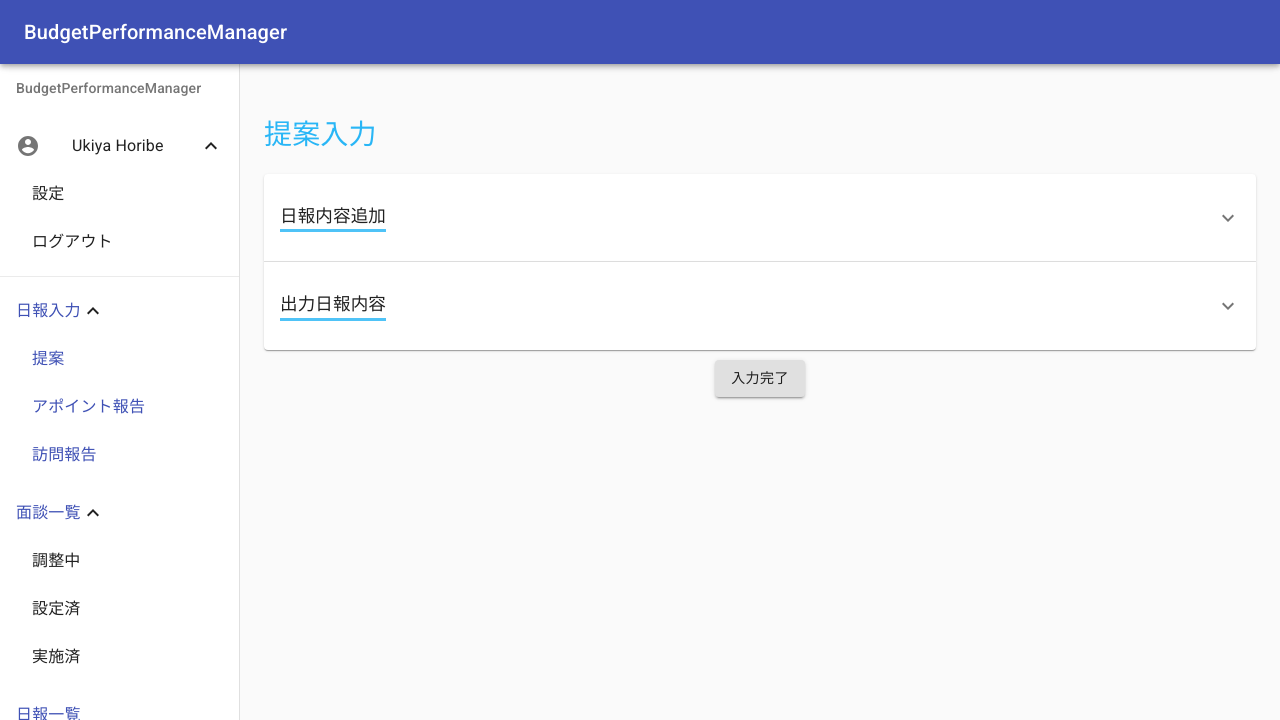
Repository: ukiyah/test
Page: /form_proposal (app in src/)
An editor plug-in stored every save of this project. The page is shown before and after the next save, followed by the edit.
The browser window is 1280 px wide. The pictures show the whole page.
The project was rebuilt for these pictures with package versions that can differ from the ones it lists, and the page was loaded fresh each time. Also part of the build but not shown: src/proposal/Table.js, src/proposal/list_proposal.js, src/Chart.js, src/Deposits.js, src/Orders.js, src/Dashboard.js, src/interview/Avatar.js, src/interview/Table.js and 9 more. Imported but missing from the stored project, and not drawn on this page: src/appointment/form_visit.

Above is the page before, as saved 2020-02-27 10:58:44.

### src/index.css
body {
  margin: 0;
  font-family: -apple-system, BlinkMacSystemFont, 'Segoe UI', 'Roboto', 'Oxygen',
    'Ubuntu', 'Cantarell', 'Fira Sans', 'Droid Sans', 'Helvetica Neue',
    sans-serif;
  -webkit-font-smoothing: antialiased;
  -moz-osx-font-smoothing: grayscale;
}

code {
  font-family: source-code-pro, Menlo, Monaco, Consolas, 'Courier New',
    monospace;
}

.button {
  color: #000;
}

h1 {
  text-align: center;
  color:#29B6F6;
  font-weight: normal;
}

### src/App.js
import React from 'react';
import 'typeface-roboto';
import {
  BrowserRouter,
  Route
} from "react-router-dom";
import list_proposal from "./proposal/list_proposal";
import Dashboard from "./Dashboard";
import list_interview from "./interview/list_interview";
import list_closing from "./closing/list_closing";
import list_appointment from "./appointment/list_appointment";
import list_daily_report from "./daily_report/list_daily_report";
import form_daily_report from "./daily_report/form_daily_report";
import form_proposal from "./proposal/form_proposal";
import form_appointment from "./appointment/form_appointment.jsx";
import form_visit from "./appointment/form_visit";
class App extends React.Component{

  render() {
    return (
      <div>

        <BrowserRouter>
          <div>
            <Route exact path="/" component={Dashboard} />
            <Route path="/list_proposal" component={list_proposal} />
            <Route path="/list_interview" component={list_interview} />
            <Route path="/list_closing" component={list_closing} />
            <Route path="/list_appointment" component={list_appointment} />
            <Route path="/list_daily_report" component={list_daily_report} />
            <Route path="/form_daily_report" component={form_daily_report} />
            <Route path="/form_proposal" component={form_proposal} />
            <Route path="/form_appointment" component={form_appointment} />
            <Route path="/form_visit" component={form_visit} />
         </div>
        </BrowserRouter>
        {/* <ClippedDrawer /> */}
      </div>
    );
  }

}

export default App;

### src/proposal/form_proposal.jsx
import React from 'react';
import clsx from 'clsx';
import { makeStyles } from '@material-ui/core/styles';
import CssBaseline from '@material-ui/core/CssBaseline';


import Container from '@material-ui/core/Container';
import Grid from '@material-ui/core/Grid';
import Drawer from "../Drawer";
import ExpansionPanel from "./ExpansionPanel.jsx";
import Button from "@material-ui/core/Button";



const useStyles = makeStyles(theme => ({
  root: {
    display: 'flex',
  },

  appBarSpacer: theme.mixins.toolbar,
  content: {
    flexGrow: 1,
    height: '100vh',
    overflow: 'auto',
  },
  container: {
    paddingTop: theme.spacing(4),
    paddingBottom: theme.spacing(4),
  },

  fixedHeight: {
    height: 520,
  },
}));

export default function Dashboard() {
  const classes = useStyles();
  return (
    <div className={classes.root}>
      <CssBaseline />
      <Drawer />
      <main className={classes.content}>
        <div className={classes.appBarSpacer} />
        <Container maxWidth="lg" className={classes.container}>
          <Grid container spacing={3}>

            <Grid item xs={12} >
              <span style={{display:"flex"}}>
                <h1>提案入力</h1>
              </span>
              <ExpansionPanel />
              <div style={{marginTop: 10, textAlign: "center"}}>
                <Button variant="contained" >入力完了</Button>
              </div>

            </Grid>

          </Grid>

        </Container>
      </main>
    </div>
  );
}

### src/Drawer.js
import React from 'react';
import { makeStyles } from '@material-ui/core/styles';
import Drawer from '@material-ui/core/Drawer';
import AppBar from '@material-ui/core/AppBar';
import CssBaseline from '@material-ui/core/CssBaseline';
import Toolbar from '@material-ui/core/Toolbar';
import Typography from '@material-ui/core/Typography';
import SimpleTable from "./proposal/Table";
import NestedList from "./NestedList";
const drawerWidth = 240;

const useStyles = makeStyles(theme => ({
  root: {
    display: 'flex',
  },
  appBar: {
    zIndex: theme.zIndex.drawer + 1,
  },
  drawer: {
    width: drawerWidth,
    flexShrink: 0,
  },
  drawerPaper: {
    width: drawerWidth,
  },
  content: {
    flexGrow: 1,
    padding: theme.spacing(3),
  },
  toolbar: theme.mixins.toolbar,
}));

export default function ClippedDrawer() {
  const classes = useStyles();

  return (
    <div className={classes.root}>
      <CssBaseline />
      <AppBar position="fixed" className={classes.appBar}>
        <Toolbar>
          <Typography variant="h6" noWrap>
            BudgetPerformanceManager
          </Typography>
        </Toolbar>
      </AppBar>
      <Drawer
        className={classes.drawer}
        variant="permanent"
        classes={{
          paper: classes.drawerPaper,
        }}
      >
        <div className={classes.toolbar} />
        <NestedList />
      </Drawer>

    </div>
  );
}

### src/proposal/ExpansionPanel.jsx
import React from 'react';
import { makeStyles } from '@material-ui/core/styles';
import ExpansionPanel from '@material-ui/core/ExpansionPanel';
import ExpansionPanelSummary from '@material-ui/core/ExpansionPanelSummary';
import ExpansionPanelDetails from '@material-ui/core/ExpansionPanelDetails';
import Typography from '@material-ui/core/Typography';
import ExpandMoreIcon from '@material-ui/icons/ExpandMore';
import SelectBox from "../SelectBox.jsx";
import TextField from "../TextField";
import Button from "@material-ui/core/Button";
import Switch from "../Switch";
import MultiLineTextField from "../MultiLineTextField";
import RadioButton from "../RadioButton";
import ContainedButtons from "../Button";
const useStyles = makeStyles(theme => ({
  root: {
    width: '100%',
  },
  heading: {
    fontSize: theme.typography.pxToRem(15),
    fontWeight: theme.typography.fontWeightRegular,
  },
  list: {
    marginBottom: 5,
  }
}));

export default function SimpleExpansionPanel() {
  const classes = useStyles();

  return (
    <div className={classes.root}>
      <ExpansionPanel>
        <ExpansionPanelSummary
          expandIcon={<ExpandMoreIcon />}
          aria-controls="panel1a-content"
          id="panel1a-header"
        >
          <Typography className={classes.heading}><h3 style={{ fontWeight: "normal", borderBottom: "solid 3px #4FC3F7" }}>日報内容追加</h3></Typography>
        </ExpansionPanelSummary>
        <ExpansionPanelDetails>
          <Typography >
            <h4 style={{fontWeight:"normal",borderBottom: "solid 1px #4FC3F7"}}>本日のスケジュール</h4>
            <ul>
              <li>10：00 　~　 11 : 00　　週次定例会：</li>
              <li>15：00 　~　 16 : 00　　訪問 ： 株式会社テクノテック</li>
              <li>16：00 　~　 17 : 00　　面談 ： Ales x トラストグロース</li>
            </ul>
            <div style={{ display: "flex" }}>
              <SelectBox value="時" item1="12" item2="13" item3="14" />
              <p>~</p>
              <SelectBox value="分" item1="00" item2="15" item3="30" />
              <SelectBox value="区分" item1="定例会" item2="訪問" item3="面談" />
              <TextField label="詳細" />
            </div>
            <br></br>
            <Button variant="contained" >追加</Button>
            <br></br>
            <br></br>
            <Switch label="SIS入力" />
            <MultiLineTextField />
            <h4 style={{fontWeight:"normal",borderBottom: "solid 1px #4FC3F7"}}>所感・次営業日の行動目標</h4>
            <RadioButton />
            <MultiLineTextField label="所感・行動目標"/>
          </Typography>
        </ExpansionPanelDetails>
      </ExpansionPanel>
      <ExpansionPanel>
        <ExpansionPanelSummary
          expandIcon={<ExpandMoreIcon />}
          aria-controls="panel2a-content"
          id="panel2a-header"
        >
          <Typography className={classes.heading}><h3 style={{ fontWeight: "normal", borderBottom: "solid 3px #4FC3F7" }}>出力日報内容</h3></Typography>
        </ExpansionPanelSummary>
        <ExpansionPanelDetails>
          <Typography>
          <h4 style={{fontWeight:"normal" ,borderBottom: "solid 1px #4FC3F7"}}>実績</h4>
          <p>　　週間</p>
          <ul>
            <li>提案　　　　=　　29件　/　29件</li>
            <li>面談調整　　=　　1件</li>
            <li>面談設定　　=　　3件　/　　3件</li>
            <li>面談実施　　=　　2件　/　　3件</li>
          </ul>
          <p>月間</p>
          <ul>
            <li>成約　　　　=　　実績　2件　　/　目標　29件</li>
            <li>目標粗利　　=　　実績　10万円　/　目標　20万円</li>
          </ul>
          <h4 style={{fontWeight:"normal" ,borderBottom: "solid 1px #4FC3F7"}}>テレマ</h4>
          <ul>
            <li>アポ取得件数　　=　　0件</li>
            <li>訪問数　　　　　=　　2件</li>
          </ul>
          <ul>
            <li>zero networks株式会社　　（2/22　新宿駅　アベ様　14 : 00 ）</li>
            <li>株式会社グッドサン　　（2/22　新宿駅　アベ様　14 : 00 ）</li>
          </ul>
          <h4 style={{fontWeight:"normal" ,borderBottom: "solid 1px #4FC3F7"}}>成約</h4>
          <ul>
            <li>成約.1
              <ul>
                <li>c.paradiso　　x　　ACWEB(湯浅さん）　　12/3入場</li>
                <li>＜提案54万円：仕入れ50万円：粗利　4万円＞</li>
              </ul>
            </li>
            <li>成約.2
              <ul>
                <li>c.paradiso　　x　　ACWEB(湯浅さん）　　12/3入場</li>
                <li>＜提案54万円：仕入れ50万円：粗利　4万円＞</li>
              </ul>
            </li>

          </ul>
          <h4 style={{fontWeight:"normal" ,borderBottom: "solid 1px #4FC3F7"}}>面談実施</h4>
          <ul>
            <li>
              <ContainedButtons name="結果入力"></ContainedButtons>
              　　c.paradiso　　x　　ACWEB(湯浅さん）　　12/3 (1/2)　六本木
            </li>
            <li>　　　　　　　　＜提案54万円：仕入れ50万円：粗利　4万円＞　　⇒　　辞退</li>
          </ul>
          <h4 style={{fontWeight:"normal" ,borderBottom: "solid 1px #4FC3F7"}}>面談設定</h4>
          <ul>
            <li className={classes.list}>
              <ContainedButtons name="結果入力"></ContainedButtons>
              　　c.paradiso　　x　　ACWEB(湯浅さん）　　12/3
            </li>
            <li>
              <ContainedButtons name="結果入力"></ContainedButtons>
              　　c.paradiso　　x　　ACWEB(湯浅さん）　　12/5
            </li>
          </ul>
          <h4 style={{fontWeight:"normal" ,borderBottom: "solid 1px #4FC3F7"}}>面談調整</h4>
          <ul>
            <li className={classes.list}>
              <ContainedButtons name="結果入力"></ContainedButtons>
              　　c.paradiso　　x　　ACWEB(湯浅さん）
            </li>
            <li>
              <ContainedButtons name="結果入力"></ContainedButtons>
              　　c.paradiso　　x　　ACWEB(湯浅さん）
            </li>
          </ul>

          </Typography>
        </ExpansionPanelDetails>
      </ExpansionPanel>

    </div>
  );
}

### src/NestedList.js
import React from 'react';
import { makeStyles } from '@material-ui/core/styles';
import ListSubheader from '@material-ui/core/ListSubheader';
import List from '@material-ui/core/List';
import ListItem from '@material-ui/core/ListItem';
import ListItemIcon from '@material-ui/core/ListItemIcon';
import ListItemText from '@material-ui/core/ListItemText';
import Collapse from '@material-ui/core/Collapse';
import InboxIcon from '@material-ui/icons/MoveToInbox';
import DraftsIcon from '@material-ui/icons/Drafts';
import SendIcon from '@material-ui/icons/Send';
import ExpandLess from '@material-ui/icons/ExpandLess';
import ExpandMore from '@material-ui/icons/ExpandMore';
import StarBorder from '@material-ui/icons/StarBorder';
import AccountCircle from '@material-ui/icons/AccountCircle';
import Divider from '@material-ui/core/Divider';
import Link from '@material-ui/core/Link';
const useStyles = makeStyles(theme => ({
  root: {
    width: '100%',
    maxWidth: 360,
    backgroundColor: theme.palette.background.paper,
  },
  nested: {
    paddingLeft: theme.spacing(4),
  },
}));

export default function NestedList() {
  const classes = useStyles();
  const [open1, setOpen1] = React.useState(true);
  const [open2, setOpen2] = React.useState(true);
  const [open3, setOpen3] = React.useState(true);
  const [open4, setOpen4] = React.useState(true);

  const handleClick1 = () => {
    setOpen1(!open1);
  };
  const handleClick2 = () => {
    setOpen2(!open2);
  };
  const handleClick3 = () => {
    setOpen3(!open3);
  };
  const handleClick4 = () => {
    setOpen4(!open4);
  };
  return (
    <List
      component="nav"
      aria-labelledby="nested-list-subheader"
      subheader={
        <ListSubheader component="div" id="nested-list-subheader">
          BudgetPerformanceManager
        </ListSubheader>
      }
      className={classes.root}
    >
      <div style={{ marginTop: 10, marginBottom: 10 }}>
        <ListItem button onClick={handleClick1}>
          <ListItemIcon>
            <AccountCircle />
          </ListItemIcon>
          <ListItemText primary="Ukiya Horibe" />
          {open1 ? <ExpandLess /> : <ExpandMore />}
        </ListItem>
        <Collapse in={open1} timeout="auto" unmountOnExit>
          <List component="div" disablePadding>
            <ListItem button className={classes.nested}>
              {/* <ListItemIcon>
              <StarBorder />
            </ListItemIcon> */}
              <ListItemText primary="設定" />
            </ListItem>
            <ListItem button className={classes.nested}>
              <ListItemText primary="ログアウト" />
            </ListItem>
          </List>
        </Collapse>
      </div>
      <Divider light />
      <div style={{ marginTop: 10 }}>
        <ListItem button onClick={handleClick2}>
          <Link href="form_daily_report" >
            <ListItemText primary="日報入力" />
          </Link>
          {open2 ? <ExpandLess /> : <ExpandMore />}
        </ListItem>
        <Collapse in={open2} timeout="auto" unmountOnExit>
          <List component="div" disablePadding>
            <ListItem button className={classes.nested}>
              <Link href="form_proposal" >
                <ListItemText primary="提案" />
              </Link>
            </ListItem>
            <ListItem button className={classes.nested}>
              <Link href="form_appointment" >
                <ListItemText primary="アポイント報告" />
              </Link>
            </ListItem>
            <ListItem button className={classes.nested}>
              <Link href="form_visit">
                <ListItemText primary="訪問報告" />
              </Link>
            </ListItem>
          </List>
        </Collapse>
      </div>
      <div style={{ marginTop: 10 }}>
        <ListItem button onClick={handleClick3}>
          <Link href="list_interview" >
            <ListItemText primary="面談一覧" />
          </Link>

          {open3 ? <ExpandLess /> : <ExpandMore />}
        </ListItem>
        <Collapse in={open3} timeout="auto" unmountOnExit>
          <List component="div" disablePadding>
            <ListItem button className={classes.nested}>
              <ListItemText primary="調整中" />
            </ListItem>
            <ListItem button className={classes.nested}>
              <ListItemText primary="設定済" />
            </ListItem>
            <ListItem button className={classes.nested}>
              <ListItemText primary="実施済" />
            </ListItem>
          </List>
        </Collapse>
      </div>
      <div style={{ marginTop: 10 }}>
        <ListItem button>
          <Link href="/list_daily_report" >
            <ListItemText primary="日報一覧" />
          </Link>
        </ListItem>
      </div>
      <div style={{ marginTop: 10 }}>
        <ListItem button onClick={handleClick4}>
          <ListItemText primary="その他の一覧" />

          {open4 ? <ExpandLess /> : <ExpandMore />}
        </ListItem>
        <Collapse in={open4} timeout="auto" unmountOnExit>
          <List component="div" disablePadding>
            <ListItem button className={classes.nested}>
              <Link href="/list_proposal" >
                <ListItemText primary="提案" />
              </Link>

            </ListItem>
            <ListItem button className={classes.nested}>
              <Link href="/list_closing" >
                <ListItemText primary="成約" />
              </Link>
            </ListItem>
            <ListItem button className={classes.nested}>
              <Link href="/list_appointment" >
                <ListItemText primary="架電報告" />
              </Link>
            </ListItem>
          </List>
        </Collapse>
      </div>
    </List>
  );
}

### src/Button.js
import React from 'react';
import { makeStyles } from '@material-ui/core/styles';
import Button from '@material-ui/core/Button';

const useStyles = makeStyles(theme => ({
  root: {
    '& > *': {
      marginLeft: 5 ,

    },
  },
}));
//いろんなボタンが用意されてるけど1つのボタンだけ使う。
export default function ContainedButtons(props) {
  const classes = useStyles();

  return (
    // <div className={classes.root}>
    //   {/* <Button variant="contained">Default</Button>
    //   <Button variant="contained" color="primary">
    //     Primary
    //   </Button>
    //   <Button variant="contained" color="secondary">
    //     Secondary
    //   </Button>
    //   <Button variant="contained" disabled>
    //     Disabled
    //   </Button> */}
      <Button variant="contained" color="primary" href="#contained-buttons">
        {props.name}
      </Button>
    // </div>
  );
}

### src/SelectBox.jsx
import React from 'react';
import { makeStyles } from '@material-ui/core/styles';
import InputLabel from '@material-ui/core/InputLabel';
import FormControl from '@material-ui/core/FormControl';
import Select from '@material-ui/core/Select';

const useStyles = makeStyles(theme => ({
  formControl: {
    margin: theme.spacing(1),
    minWidth: 120,
  },
  selectEmpty: {
    marginTop: theme.spacing(2),
  },
}));

export default function NativeSelects(props) {
  const classes = useStyles();
  const [state, setState] = React.useState({
    age: '',
    name: 'hai',
  });



  const handleChange = name => event => {
    setState({
      ...state,
      [name]: event.target.value,
    });
  };

  return (
    <div>

      <FormControl className={classes.formControl}>
        <InputLabel htmlFor="age-native-simple">{props.value}</InputLabel>
        <Select
          native
          value={state.age}
          onChange={handleChange('age')}
          inputProps={{
            name: 'age',
            id: 'age-native-simple',
          }}
        >
          <option value="" />
          <option value={10}>{props.item1}</option>
          <option value={20}>{props.item2}</option>
          <option value={30}>{props.item3}</option>
        </Select>
      </FormControl>




    </div>
  );
}

### src/TextField.jsx
import React from 'react';
import { makeStyles } from '@material-ui/core/styles';
import TextField from '@material-ui/core/TextField';

const useStyles = makeStyles(theme => ({
  root: {
    '& > *': {
      margin: theme.spacing(1),
      width: 200,
    },
  },
}));

export default function BasicTextFields(props) {
  const classes = useStyles();

  return (
    <form className={classes.root} noValidate autoComplete="off">
      <TextField id="standard-basic" label={props.label} />
    </form>
  );
}

### src/Switch.jsx
import React from 'react';
import FormGroup from '@material-ui/core/FormGroup';
import FormControlLabel from '@material-ui/core/FormControlLabel';
import Switch from '@material-ui/core/Switch';
export default function SwitchLabels(props) {

  const [state, setState] = React.useState({
    checkedB: true,
  });

  const handleChange = name => event => {
    setState({ ...state, [name]: event.target.checked });
  };
  return (
    <FormGroup row>

      <FormControlLabel
        control={
          <Switch
            checked={state.checkedB}
            onChange={handleChange('checkedB')}
            value="checkedB"
            color="primary"
          />
        }
        label={props.label}
      />
    </FormGroup>
  );
}

### src/MultiLineTextField.jsx
import React from 'react';
import { makeStyles } from '@material-ui/core/styles';
import TextField from '@material-ui/core/TextField';

const useStyles = makeStyles(theme => ({
  root: {
    '& .MuiTextField-root': {
      margin: theme.spacing(1),
      width: 600,
    },
  },
}));

export default function MultilineTextFields(props) {
  const classes = useStyles();
  const [value, setValue] = React.useState('Controlled');

  const handleChange = event => {
    setValue(event.target.value);
  };

  return (
    <form className={classes.root} noValidate autoComplete="off">
        <TextField
          id="outlined-multiline-static"
          label={props.label}
          multiline
          rows="4"
          variant="outlined"
        />
    </form>
  );
}

### src/RadioButton.jsx
import React from 'react';
import { makeStyles } from '@material-ui/core/styles';
import Radio from '@material-ui/core/Radio';
import RadioGroup from '@material-ui/core/RadioGroup';
import FormHelperText from '@material-ui/core/FormHelperText';
import FormControlLabel from '@material-ui/core/FormControlLabel';
import FormControl from '@material-ui/core/FormControl';
import FormLabel from '@material-ui/core/FormLabel';
const useStyles = makeStyles(theme => ({
  formControl: {
    margin: theme.spacing(3),
  },
}));

export default function RadioButtonsGroup() {
  const classes = useStyles();
  const [value, setValue] = React.useState('female');

  const handleChange = event => {
    setValue(event.target.value);
  };

  return (
    <div>
      <FormControl component="fieldset" className={classes.formControl}>
        <FormLabel component="legend">評価</FormLabel>
        <RadioGroup aria-label="gender" name="gender1" value={value} onChange={handleChange}>
          <FormControlLabel value="female" control={<Radio color="primary"/>} label="Good" />
          <FormControlLabel value="male" control={<Radio color="primary"/>} label="Usually" />
          <FormControlLabel value="other" control={<Radio color="primary"/>} label="not so good" />
        </RadioGroup>
      </FormControl>

    </div>
  );
}

### src/proposal/Form.jsx
import React from 'react';
import Link from '@material-ui/core/Link';
import { makeStyles } from '@material-ui/core/styles';
import Typography from '@material-ui/core/Typography';
import Title from './Title';
import { Divider } from '@material-ui/core';

function preventDefault(event) {
  event.preventDefault();
}

const useStyles = makeStyles({
  depositContext: {
    flex: 1,
  },
});

export default function Deposits() {
  const classes = useStyles();
  return (
    <React.Fragment>
      <Title>お知らせ</Title>
      <Divider style={{marginBottom:10}}/>
      <Typography component="p" variant="p">
        ・パスワード有効期限のおしらせ
      </Typography>
      <Typography color="textSecondary" className={classes.depositContext}>
      パスワードの有効期限が残り27日で終了します<br></br>パスワードの変更を行ってください。
      </Typography>
      <div>
        <Link color="primary" href="#" onClick={preventDefault}>
          変更はこちら
        </Link>
      </div>
      <Divider style={{margin:10}}/>
      <Typography component="p" variant="p">
        ・パスワード有効期限のおしらせ
      </Typography>
      <Typography color="textSecondary" className={classes.depositContext}>
      パスワードの有効期限が残り27日で終了します<br></br>パスワードの変更を行ってください。
      </Typography>
      <div>
        <Link color="primary" href="#" onClick={preventDefault}>
          変更はこちら
        </Link>
      </div>
      <Divider style={{margin:10}}/>
      <Typography component="p" variant="p">
        ・パスワード有効期限のおしらせ
      </Typography>
      <Typography color="textSecondary" className={classes.depositContext}>
      パスワードの有効期限が残り27日で終了します<br></br>パスワードの変更を行ってください。
      </Typography>
      <div>
        <Link color="primary" href="#" onClick={preventDefault}>
          変更はこちら
        </Link>
      </div>
    </React.Fragment>
  );
}

### src/Title.js
import React from 'react';
import PropTypes from 'prop-types';
import Typography from '@material-ui/core/Typography';

export default function Title(props) {
  return (
    <Typography component="h2" variant="h6" color="primary" gutterBottom>
      {props.children}
    </Typography>
  );
}

Title.propTypes = {
  children: PropTypes.node,
};

Loaded but not shown: src/index.js (common file); src/serviceWorker.js (common file); src/appointment/form_appointment.jsx (no stored copy; drawn as an empty file)

After the next save:
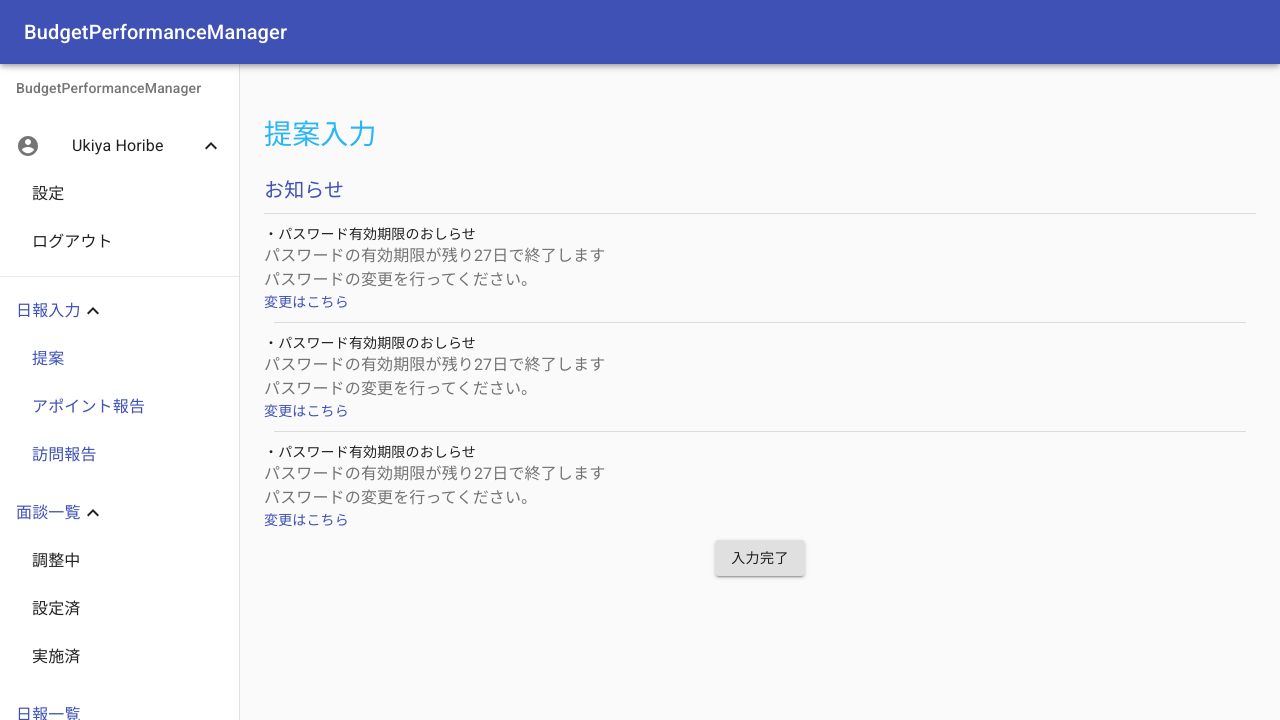
Saved 35 s later.
--- a/src/proposal/form_proposal.jsx
+++ b/src/proposal/form_proposal.jsx
@@ -9,7 +9,7 @@ import Grid from '@material-ui/core/Grid';
 import Drawer from "../Drawer";
 import ExpansionPanel from "./ExpansionPanel.jsx";
 import Button from "@material-ui/core/Button";
-
+import Form from "./Form";
 
 
 const useStyles = makeStyles(theme => ({
@@ -48,7 +48,7 @@ export default function Dashboard() {
               <span style={{display:"flex"}}>
                 <h1>提案入力</h1>
               </span>
-              <ExpansionPanel />
+              <Form />
               <div style={{marginTop: 10, textAlign: "center"}}>
                 <Button variant="contained" >入力完了</Button>
               </div>
